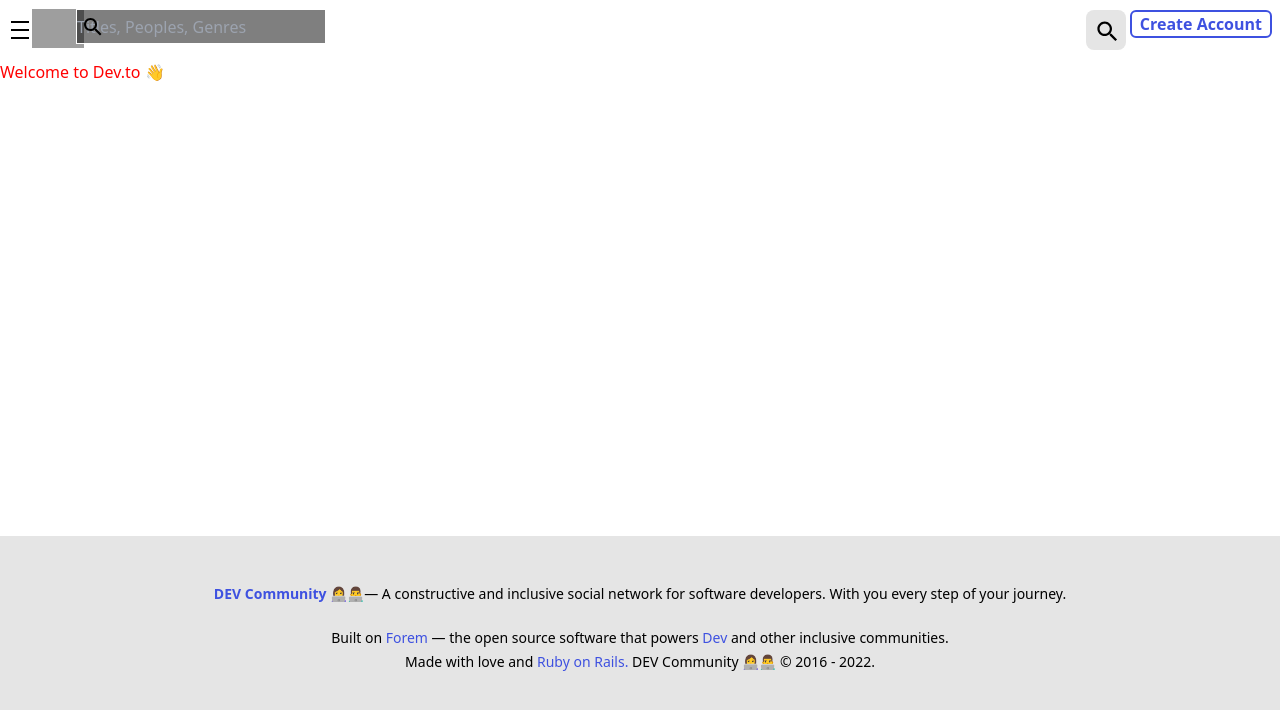
Repository: dat-nguyen-2001/dev.to-stopped-
Page: / (app in client/)
The author's editor kept a copy of each file at every save. The page is drawn from the files as they stood at one save, then again after the next save.
The browser window is 1280 px wide. The pictures show the whole page.
Pictures or frames that could not be fetched are drawn as grey boxes. The project was rebuilt for these pictures with package versions that can differ from the ones it lists, and the page was loaded fresh each time. The framework's server and built-in components were replaced by stand-ins that run in the browser. Also part of the build but not shown: client/next.config.js.

Above is the page before, as saved 2022-09-18 14:38:44.

After the next save:
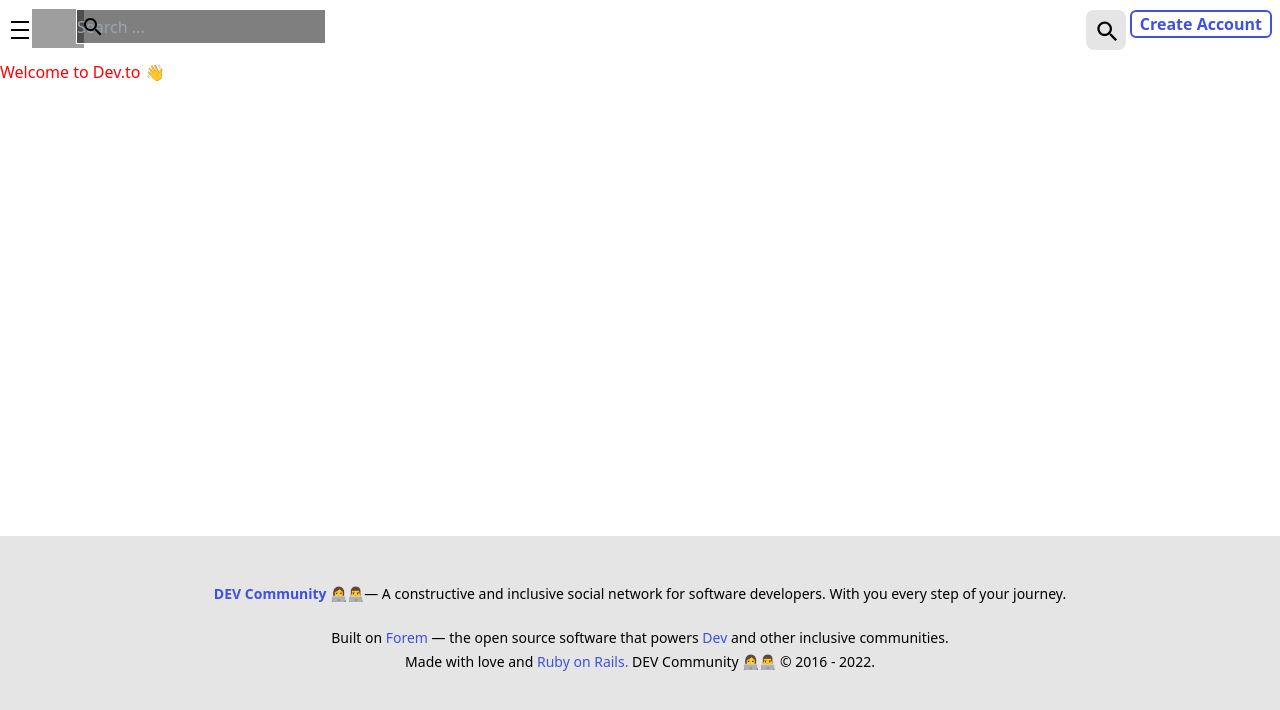
Saved 15 s later.
--- a/client/components/nav/NavBar.tsx
+++ b/client/components/nav/NavBar.tsx
@@ -13,7 +13,7 @@
                 <div className="md:right-32 lg:relative lg:right-2 w-[250px] right-[15vw] bg-black/50 flex items-center h-[35px] border-white border-[1.5px]">
                     <SearchIcon className="cursor-pointer w-5 lg:w-6 left-1 absolute" onClick={() => setIsSearching(false)} />
                     <input
-                        placeholder="Titles, Peoples, Genres"
+                        placeholder="Search ..."
                         className="top-0 left-10 bg-black/0 w-[80%] h-[100%] outline-none" />
                 </div>
             </div>
